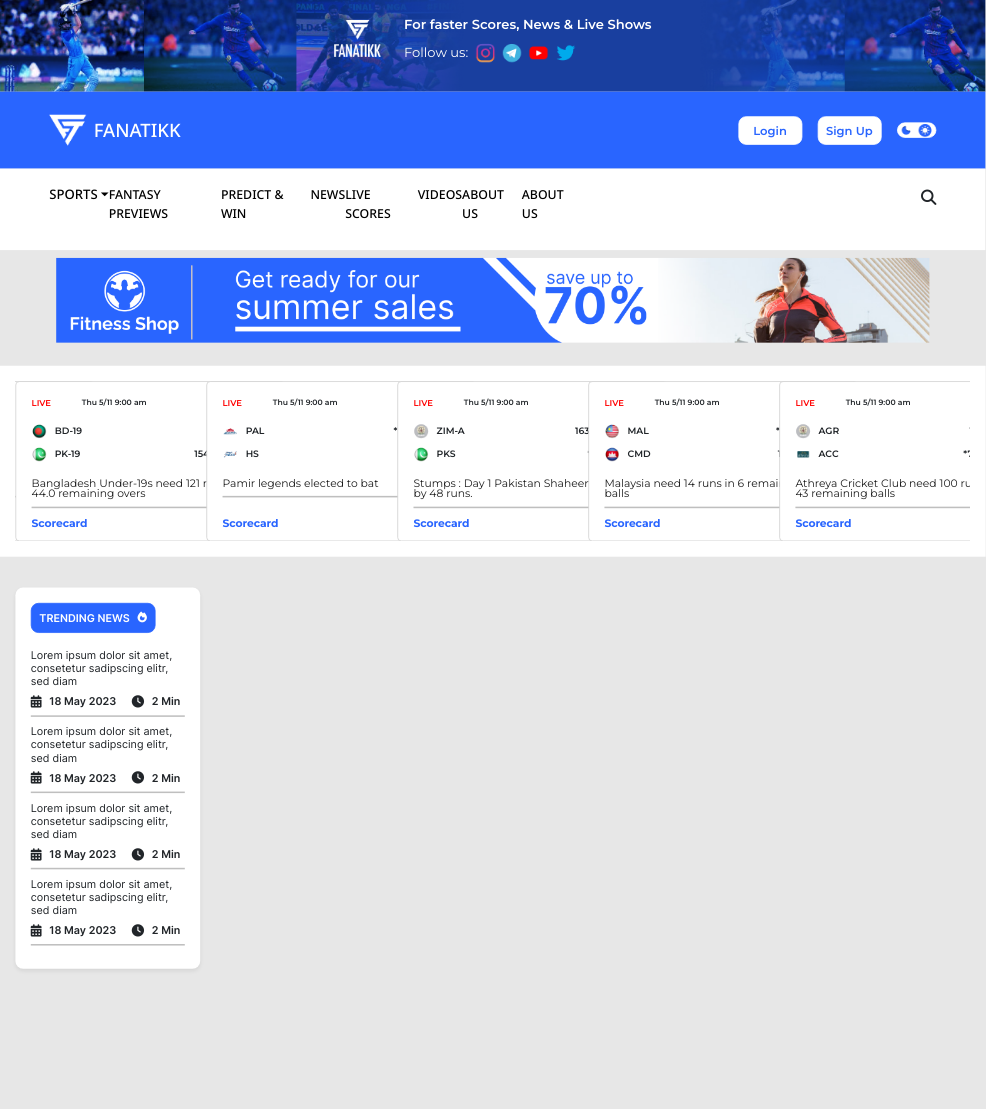
Repository: FlyweisReact/Kannapa
Page: /
The author's editor kept a copy of each file at every save. The page is drawn from the files as they stood at one save, then again after a run of saves.
The browser window is 1280 px wide. The pictures show the whole page, at 77% of full size.
Some web libraries are served in a nearby version. The project was rebuilt for these pictures with package versions that can differ from the ones it lists, and the page was loaded fresh each time. Also part of the build but not shown: src/Components/Layout/Footer.js, src/Components/Sliders/Index-video-Slider.js, src/Components/firstScreen.jsx, src/Components/secondScreen.jsx, src/Components/thirdScreen.jsx, src/Components/fourthScreen.jsx, src/CSS/Footer.css.

Above is the page before, as saved 2023-06-03 14:25:12.

After the next 2 saves:
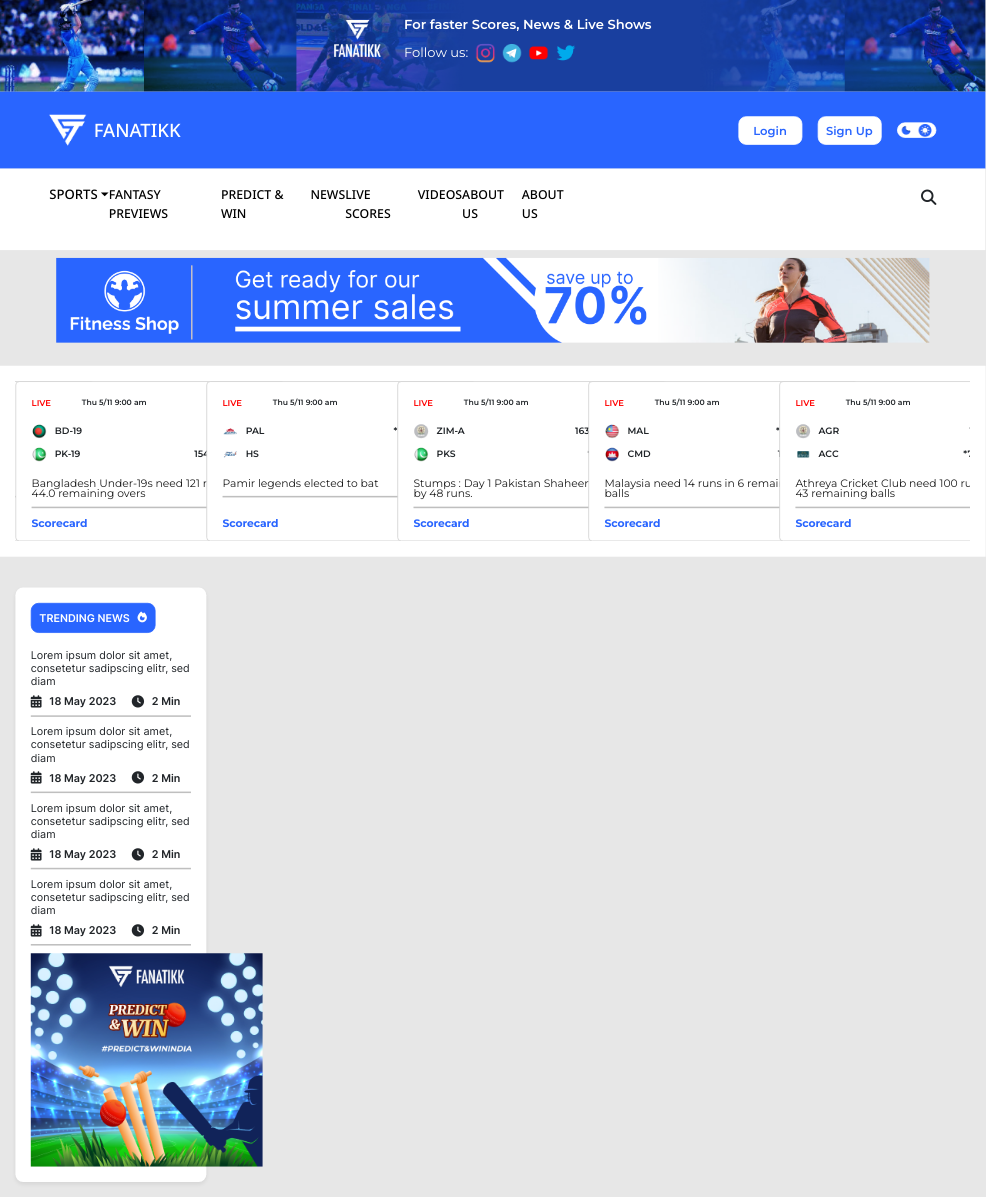
The 2 saves are shown as one change because 1 did not build or start.
The last was saved 23 s later.
--- a/src/Pages/HomeScreen.js
+++ b/src/Pages/HomeScreen.js
@@ -128,7 +128,7 @@
               </div>
 
               <div className="BigImage">
-
+            <img src='./Images/37.png' alt='' />
               </div>
             </div>
           </div>

After the save that followed:
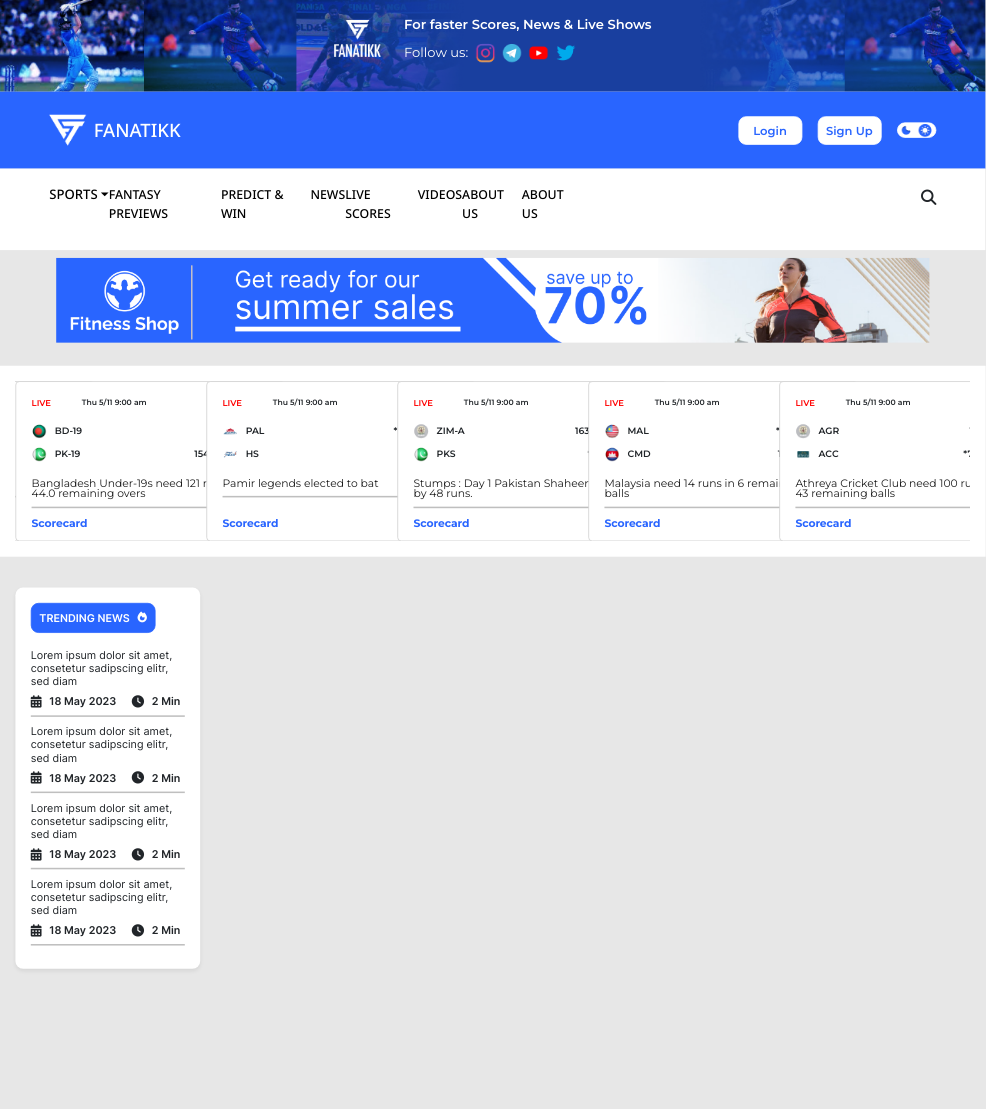
Saved 23 s later.
--- a/src/Pages/HomeScreen.js
+++ b/src/Pages/HomeScreen.js
@@ -127,9 +127,7 @@
                 <div className="empty"></div>
               </div>
 
-              <div className="BigImage">
-            <img src='./Images/37.png' alt='' />
-              </div>
+
             </div>
           </div>
           <div className="Mid_Comp"></div>
